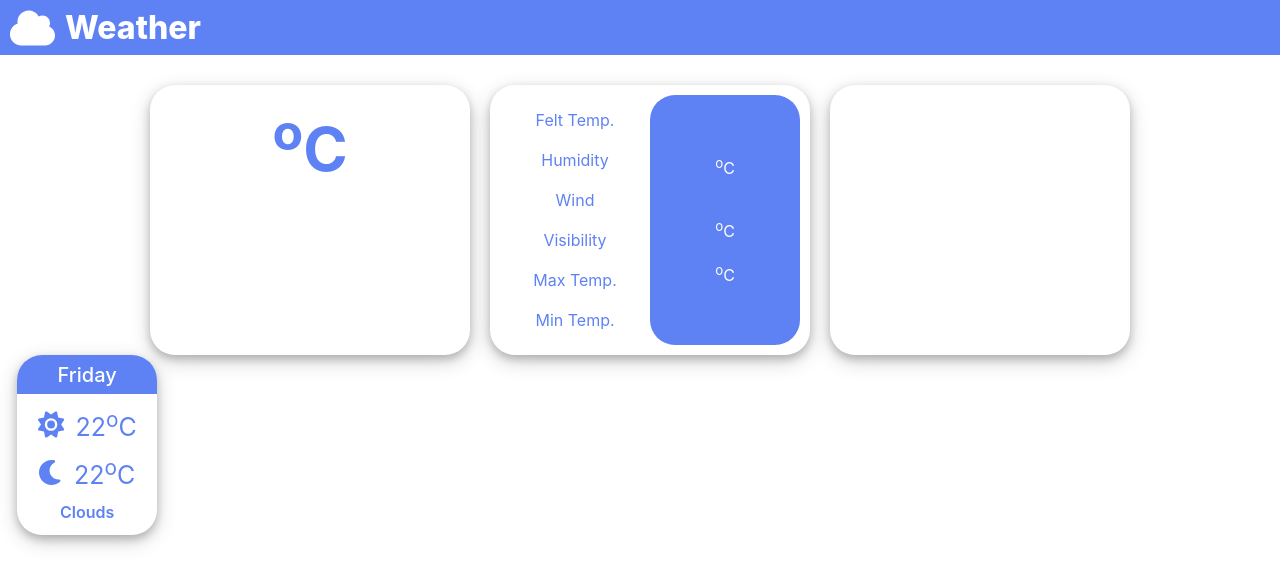
Repository: ahmedazawi/weather-app
Page: /
These files come from the project's save history. The page is drawn as it stood at one moment and after the next save; the edit follows.
The browser window is 1280 px wide. The pictures show the whole page.
The pointer rests on the first visible `.big-cards > div`.
The project was rebuilt for these pictures with package versions that can differ from the ones it lists, and the page was loaded fresh each time. Also part of the build but not shown: src/components/Map.js.

Above is the page before, as saved 2022-11-30 16:00:36.

### src/App.js
import React, { useState, useEffect } from "react";
import "./App.css";
import Header from "./layout/Header";
import Details from "./components/Details";

import Store from "./assets/data/Store";
function App() {
  return (
    <div className="App">
      <Header />
      <Store>
        <Details />
      </Store>
    </div>
  );
}

export default App;

### src/App.css
body {
  --primaryColor: #5e82f4;
  --secondaryColor: #ffffff;
  --borderRadius: 25px;
}

.nav {
  display: flex;
  align-items: center;
  height: 55px;
  background-color: var(--primaryColor);
}

### src/layout/Header.js
import React from "react";
import { FontAwesomeIcon } from "@fortawesome/react-fontawesome";
import { faCloud } from "@fortawesome/free-solid-svg-icons";
const Header = () => {
  return (
    <div className="nav">
      <div>
        <FontAwesomeIcon
          className="f-icon"
          icon={faCloud}
          color="White"
          style={{ marginLeft: "10px", fontSize: "40px" }}
        />
      </div>

      <h1 style={{ color: "white", marginLeft: "10px", fontWeight: "800" }}>
        Weather
      </h1>
    </div>
  );
};

export default Header;

### src/components/Details.js
import React, { useContext, useEffect } from "react";
import "../assets/css/details.css";
import { ContextApi } from "../assets/data/ContextApi";
import SevenDaysCards from "./SevenDaysCards";
import Map from "./Map";

const Details = () => {
  // const { weather, Loading } = useContext(ContextApi);
  // const [weatherValue, setWeatherValue] = weather;
  // const [LoadingValue, setLoadingValue] = Loading;

  // useEffect(() => {
  // console.log(weatherValue);
  // console.log(LoadingValue);
  // console.log(LocatedValue);
  // console.log(weatherValue.weather[0].main);
  // }, [weatherValue]);

  // if (LoadingValue) {
  //   return <div className="main">Loading...</div>;
  // }

  return (
    <div className="main">
      <div className="big-cards">
        <div>
          {/* <div>{weatherValue.location.city}</div> */}
          <div
            style={{
              fontSize: "60px",
            }}
          >
            {/* {weatherValue.current_observation.condition.temperature} */}
            <sup>o</sup>C
          </div>
          {/* <div>{weatherValue.current_observation.condition.text}</div> */}
        </div>
        <div>
          <div className="line-a">
            <span>Felt Temp.</span>
            <span>Humidity</span>
            <span>Wind</span>
            <span>Visibility</span>
            <span>Max Temp.</span>
            <span>Min Temp.</span>
          </div>
          <div className="line-b">
            <span>
              {/* {weatherValue.current_observation.condition.temperature - 0.7} */}
              <sup>o</sup>C
            </span>
            {/* <span>{weatherValue.current_observation.atmosphere.humidity}%</span> */}
            {/* <span> {weatherValue.current_observation.wind.speed} Km/h</span> */}
            <span>
              {/* {weatherValue.current_observation.atmosphere.visibility} Km */}
            </span>
            <span>
              {/* {weatherValue.forecasts[0].high} */}
              <sup>o</sup>C
            </span>
            <span>
              {/* {weatherValue.forecasts[0].low} */}
              <sup>o</sup>C
            </span>
          </div>
        </div>
        <div>{/* <Map city={weatherValue.location.city} /> */}</div>
      </div>

      <SevenDaysCards />
    </div>
  );
};

export default Details;

### src/assets/data/Store.js
import React, { useState, useEffect } from "react";
import { ContextApi } from "./ContextApi";
import { weatherAppAPI } from "./Api";
import axios from "axios";
function Store({ children }) {
  const [weather, setWeather] = useState([]);
  const [Loading, setLoading] = useState(true);
  const [lat, setLat] = useState();
  const [long, setLong] = useState();
  const [located, setLocated] = useState(false);
  const geolocationAPI = navigator.geolocation;
  const getUserCoordinates = () => {
    if (!geolocationAPI) {
      console.log("Geolocation API is not available in your browser!");
    } else {
      geolocationAPI.getCurrentPosition(
        (position) => {
          const { coords } = position;
          setLat(coords.latitude);
          setLong(coords.longitude);
          setLocated(true);
        },
        (error) => {
          console.log("Something went wrong getting your position!");
        }
      );
    }
  };

  useEffect(() => {
    // getUserCoordinates();
    if (located) {
      const options = {
        method: "GET",
        url: weatherAppAPI,
        params: { lat: lat, long: long, format: "json", u: "c" },
        headers: {
          "X-RapidAPI-Key":
            "863b7c6b72msh78facda9cbf0e03p10660djsn19089c27c69a",
          "X-RapidAPI-Host": "yahoo-weather5.p.rapidapi.com",
        },
      };

      axios
        .request(options)
        .then(function (response) {
          setWeather(response.data);
          setLoading(false);
          console.log(response.data);
        })
        .catch(function (error) {
          console.error(error);
        });
    }
  }, [located]);

  return (
    <ContextApi.Provider
      value={{
        weather: [weather, setWeather],
        Loading: [Loading, setLoading],
      }}
    >
      {children}
    </ContextApi.Provider>
  );
}
export default Store;

### src/assets/css/details.css
.main {
  width: 100%;
  display: flex;
  flex-direction: column;
  justify-content: space-between;
}

.big-cards {
  width: 100%;
  min-height: fit-content;
  display: flex;
  flex-direction: row;
  flex-wrap: wrap;
  gap: 20px;
  align-items: center;
  justify-content: center;
  margin-top: 30px;
  color: var(--primaryColor);
}
.big-cards > div {
  width: 300px;
  height: 250px;
  background-color: var(--secondaryColor);
  padding: 10px;
  border-radius: var(--borderRadius);
  -moz-box-shadow: 0 4px 8px 0 rgba(0, 0, 0, 0.2),
    0 6px 20px 0 rgba(0, 0, 0, 0.19);
  -o-box-shadow: 0 4px 8px 0 rgba(0, 0, 0, 0.2),
    0 6px 20px 0 rgba(0, 0, 0, 0.19);
  -webkit-box-shadow: 0 4px 8px 0 rgba(0, 0, 0, 0.2),
    0 6px 20px 0 rgba(0, 0, 0, 0.19);
  box-shadow: 0 4px 8px 0 rgba(0, 0, 0, 0.2), 0 6px 20px 0 rgba(0, 0, 0, 0.19);
  -moz-transition: all 0.4s ease-in-out;
  -o-transition: all 0.4s ease-in-out;
  -webkit-transition: all 0.4s ease-in-out;
  transition: all 0.4s ease-in-out;
}
.big-cards > div:first-child {
  display: flex;
  flex-direction: column;
  align-items: center;
  justify-content: space-between;
}
.big-cards > div:first-child > div {
  font-size: 30px;
  font-weight: bold;
  margin: 7px 0;
}
.big-cards > div:nth-child(2) {
  display: flex;
  flex-direction: row;
  justify-content: space-between;
}
.big-cards > div:nth-child(2) > div {
  display: flex;
  flex-direction: column;
  align-items: center;
  justify-content: center;
  width: 50%;
}
.big-cards > div:nth-child(2) > div > span {
  margin: 10px 0;
}

.line-b {
  color: var(--secondaryColor);
  background-color: var(--primaryColor);
  border-radius: var(--borderRadius);
}

.big-cards > div:nth-child(3) {
  height: 270px;
  max-width: 340px;
  padding: 0;
  display: flex;
  align-items: center;
  justify-content: center;
  overflow: hidden;
}
.map {
  border: none;
}

### src/assets/data/ContextApi.js
import { createContext } from "react";
export const ContextApi = createContext();

### src/components/SevenDaysCards.js
import React from "react";
import "../assets/css/SevenDaysCards.css";
import { FontAwesomeIcon } from "@fortawesome/react-fontawesome";
import { faMoon, faSun } from "@fortawesome/free-solid-svg-icons";
const SevenDaysCards = () => {
  return (
    <div className="small-cards">
      <div>
        <div className="sm-cards-header">Friday</div>
        <div className="sm-cards-body">
          <div className="sm-cards-temp-max">
            <FontAwesomeIcon
              className="sun-icon"
              icon={faSun}
              style={{ fontSize: "25px" }}
            />
            <div style={{ fontSize: "25px" }}>
              22<sup>o</sup>C
            </div>
          </div>

          <div className="sm-cards-temp-min">
            <FontAwesomeIcon
              className="moon-icon"
              icon={faMoon}
              style={{ fontSize: "25px" }}
            />

            <div style={{ fontSize: "25px" }}>
              22<sup>o</sup>C
            </div>
          </div>

          <div style={{ fontWeight: "600" }}>Clouds</div>
        </div>
      </div>
    </div>
  );
};

export default SevenDaysCards;

### src/assets/data/Api.js
export const weatherAppAPI = "https://fcc-weather-api.glitch.me/api/current";

export const googleMapAPI = "AIzaSyAq15HbfCRMW7RqNb5LUNyOLyfzpYI0wl4";

//https://pokeapi.co/api/v2/pokemon/4

//https://fcc-weather-api.glitch.me/api/current?lat=462&lon=41

//https://api.open-meteo.com/v1/forecast?latitude=${lat}&longitude=${long}&daily=temperature_2m_max,temperature_2m_min,rain_sum,windspeed_10m_max,windgusts_10m_max&timezone=auto

//https://yahoo-weather5.p.rapidapi.com/weather

### src/assets/css/SevenDaysCards.css
.small-cards {
  display: grid;
  grid-template-columns: repeat(7, 1fr);
  gap: 10px;
  justify-items: center;
  width: 100%;
}
.small-cards > div {
  display: flex;
  flex-direction: column;
  width: 140px;
  height: 180px;
  overflow: hidden;
  background-color: var(--secondaryColor);
  border-radius: var(--borderRadius);
  -moz-box-shadow: 0 4px 8px 0 rgba(0, 0, 0, 0.2),
    0 6px 20px 0 rgba(0, 0, 0, 0.19);
  -o-box-shadow: 0 4px 8px 0 rgba(0, 0, 0, 0.2),
    0 6px 20px 0 rgba(0, 0, 0, 0.19);
  -webkit-box-shadow: 0 4px 8px 0 rgba(0, 0, 0, 0.2),
    0 6px 20px 0 rgba(0, 0, 0, 0.19);
  box-shadow: 0 4px 8px 0 rgba(0, 0, 0, 0.2), 0 6px 20px 0 rgba(0, 0, 0, 0.19);
  -moz-transition: all 0.4s ease-in-out;
  -o-transition: all 0.4s ease-in-out;
  -webkit-transition: all 0.4s ease-in-out;
  transition: all 0.4s ease-in-out;
}
.small-cards > div:hover {
  -moz-box-shadow: 0 14px 18px 0 rgba(0, 0, 0, 0.2),
    0 16px 30px 0 rgba(0, 0, 0, 0.19);
  -o-box-shadow: 0 14px 18px 0 rgba(0, 0, 0, 0.2),
    0 16px 30px 0 rgba(0, 0, 0, 0.19);
  -webkit-box-shadow: 0 14px 18px 0 rgba(0, 0, 0, 0.2),
    0 16px 30px 0 rgba(0, 0, 0, 0.19);
  box-shadow: 0 14px 18px 0 rgba(0, 0, 0, 0.2),
    0 16px 30px 0 rgba(0, 0, 0, 0.19);
  cursor: pointer;
}
.small-cards > div > .sm-cards-header {
  width: 100%;
  height: 50px;
  background-color: var(--primaryColor);
  display: flex;
  align-items: center;
  justify-content: center;
  color: var(--secondaryColor);
  font-size: 20px;
  font-weight: 500;
}
.sm-cards-body {
  display: flex;
  flex-direction: column;
  align-items: center;
  justify-content: space-evenly;
  height: 100%;
}
.sm-cards-body > div {
  display: flex;
  flex-direction: row;
  align-items: center;
  justify-content: center;
  width: 100%;
  gap: 10px;
  color: var(--primaryColor);
}

Loaded but not shown: public/index.html (common file); src/index.js (common file); src/index.css (common file); public/manifest.json (common file)

After the next save:
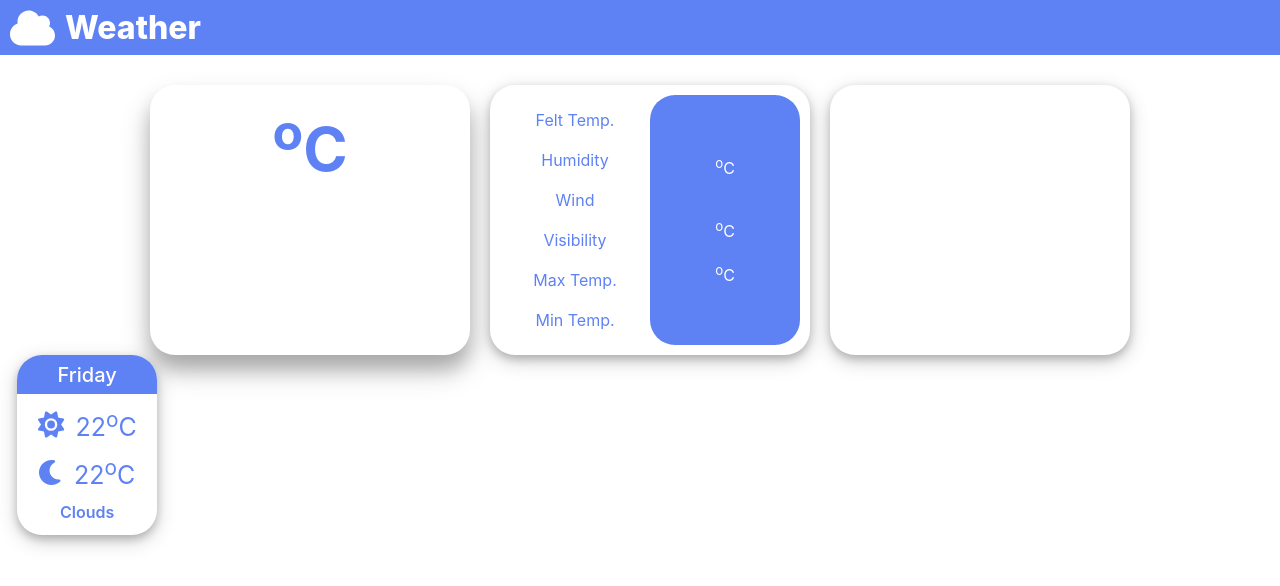
Saved 30 s later.
--- a/src/assets/css/details.css
+++ b/src/assets/css/details.css
@@ -34,6 +34,18 @@
   -o-transition: all 0.4s ease-in-out;
   -webkit-transition: all 0.4s ease-in-out;
   transition: all 0.4s ease-in-out;
+}
+
+.big-cards > div:hover {
+  -moz-box-shadow: 0 14px 18px 0 rgba(0, 0, 0, 0.2),
+    0 16px 30px 0 rgba(0, 0, 0, 0.19);
+  -o-box-shadow: 0 14px 18px 0 rgba(0, 0, 0, 0.2),
+    0 16px 30px 0 rgba(0, 0, 0, 0.19);
+  -webkit-box-shadow: 0 14px 18px 0 rgba(0, 0, 0, 0.2),
+    0 16px 30px 0 rgba(0, 0, 0, 0.19);
+  box-shadow: 0 14px 18px 0 rgba(0, 0, 0, 0.2),
+    0 16px 30px 0 rgba(0, 0, 0, 0.19);
+  cursor: pointer;
 }
 .big-cards > div:first-child {
   display: flex;
